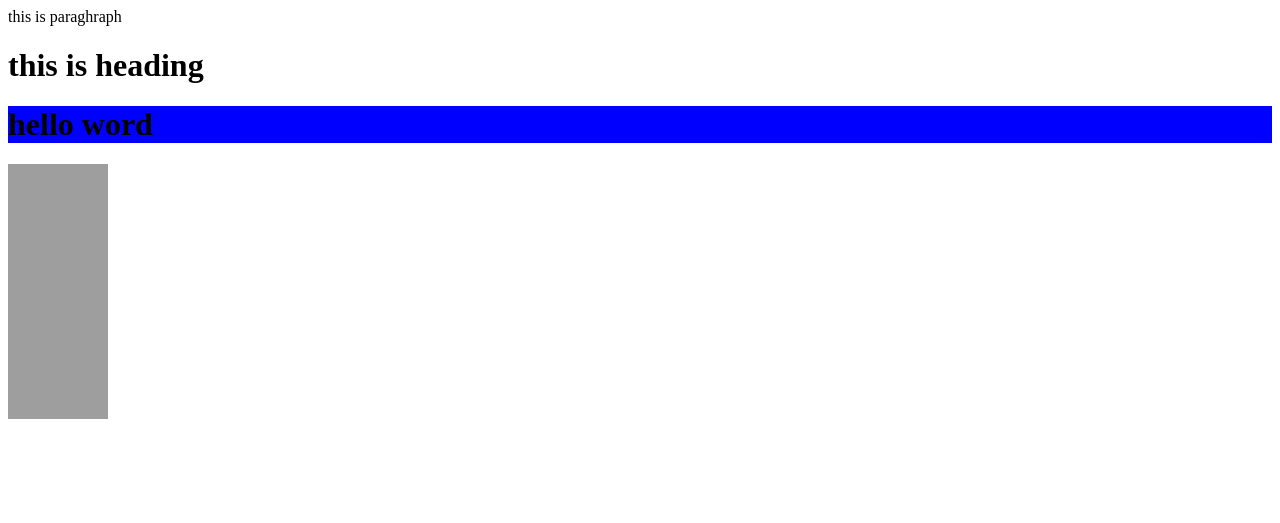
Repository: pratixa-chauhan/practice
Page: style/file1.html
An editor plug-in stored every save of this project. The page is shown before and after the next save, followed by the edit.
The browser window is 1280 px wide. The pictures show the whole page.
Pictures or frames that could not be fetched are drawn as grey boxes.

Above is the page before, as saved 2021-12-16 12:28:21.

### style/file1.html
<html>

    <body>
        <p>this is paraghraph</p>
        <h1>this is heading</h1>
        <h1 style="background-color:blue;">hello word</h1>
        <img src="panda img" width="100" height="255">
        </body>
</html>

After the next save:
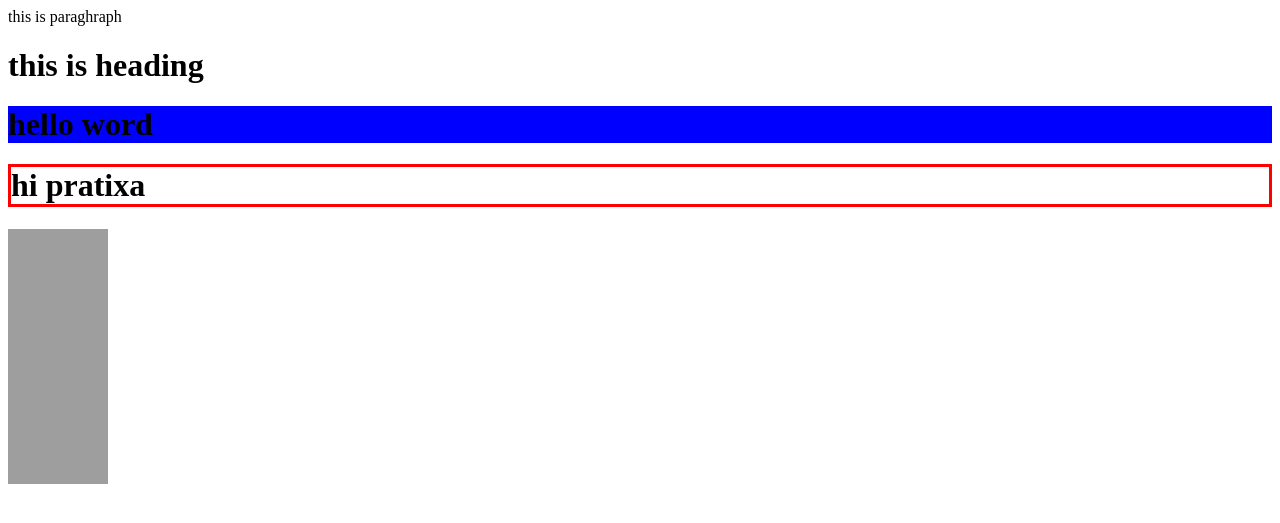
Saved 4 min 39 s later.
--- a/style/file1.html
+++ b/style/file1.html
@@ -4,6 +4,7 @@
         <p>this is paraghraph</p>
         <h1>this is heading</h1>
         <h1 style="background-color:blue;">hello word</h1>
+        <h1 style="border:3px solid red;">hi pratixa</h1>
         <img src="panda img" width="100" height="255">
         </body>
 </html>
